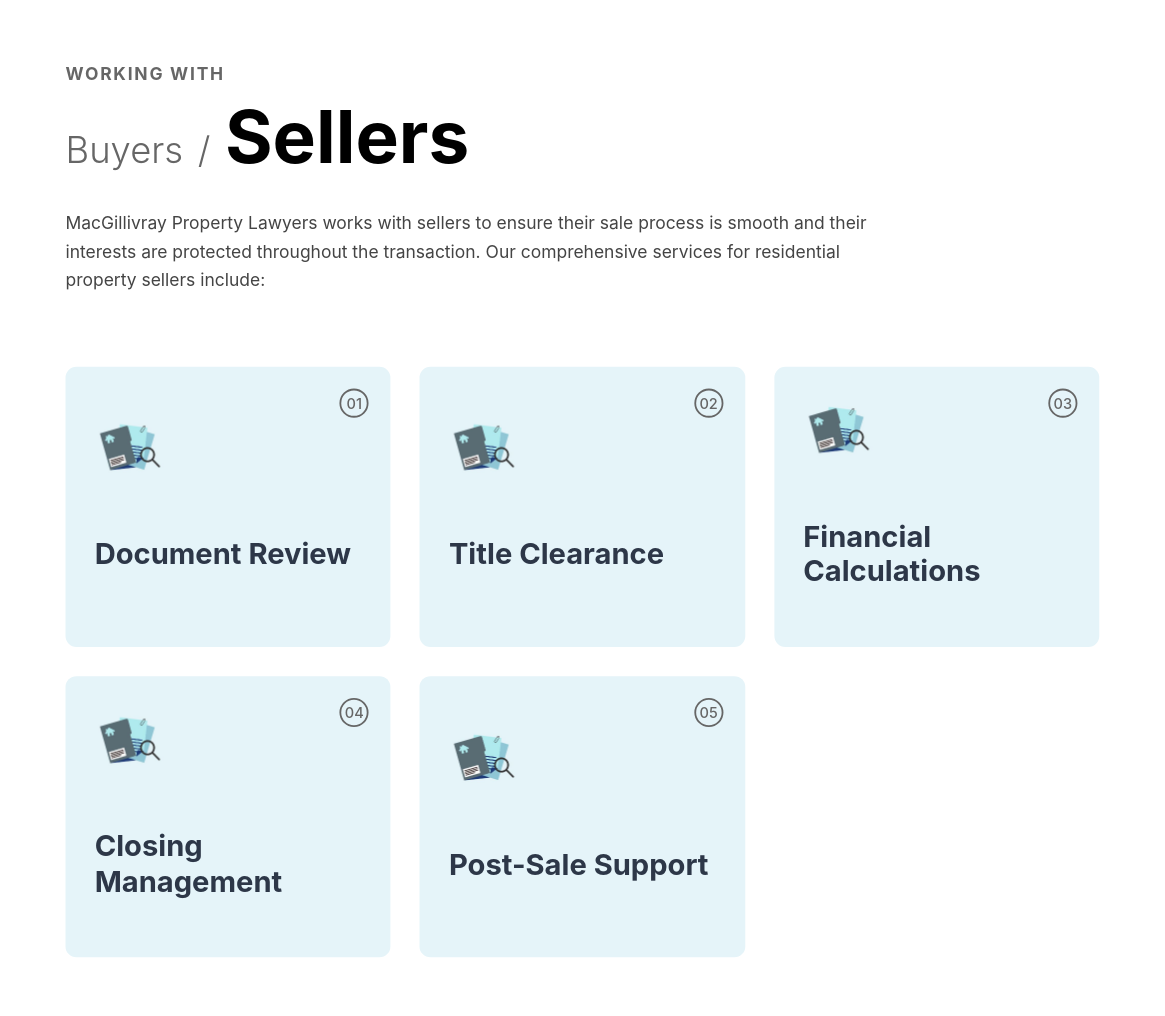
Repository: mibma/alphavent
Page: /sellers
An editor plug-in stored every save of this project. The page is shown before and after the next save, followed by the edit.
The browser window is 1280 px wide. The pictures show the whole page, at 91% of full size.
The project was rebuilt for these pictures with package versions that can differ from the ones it lists, and the page was loaded fresh each time. The framework's server and built-in components were replaced by stand-ins that run in the browser.

Above is the page before, as saved 2025-04-22 23:26:28.

After the next save:
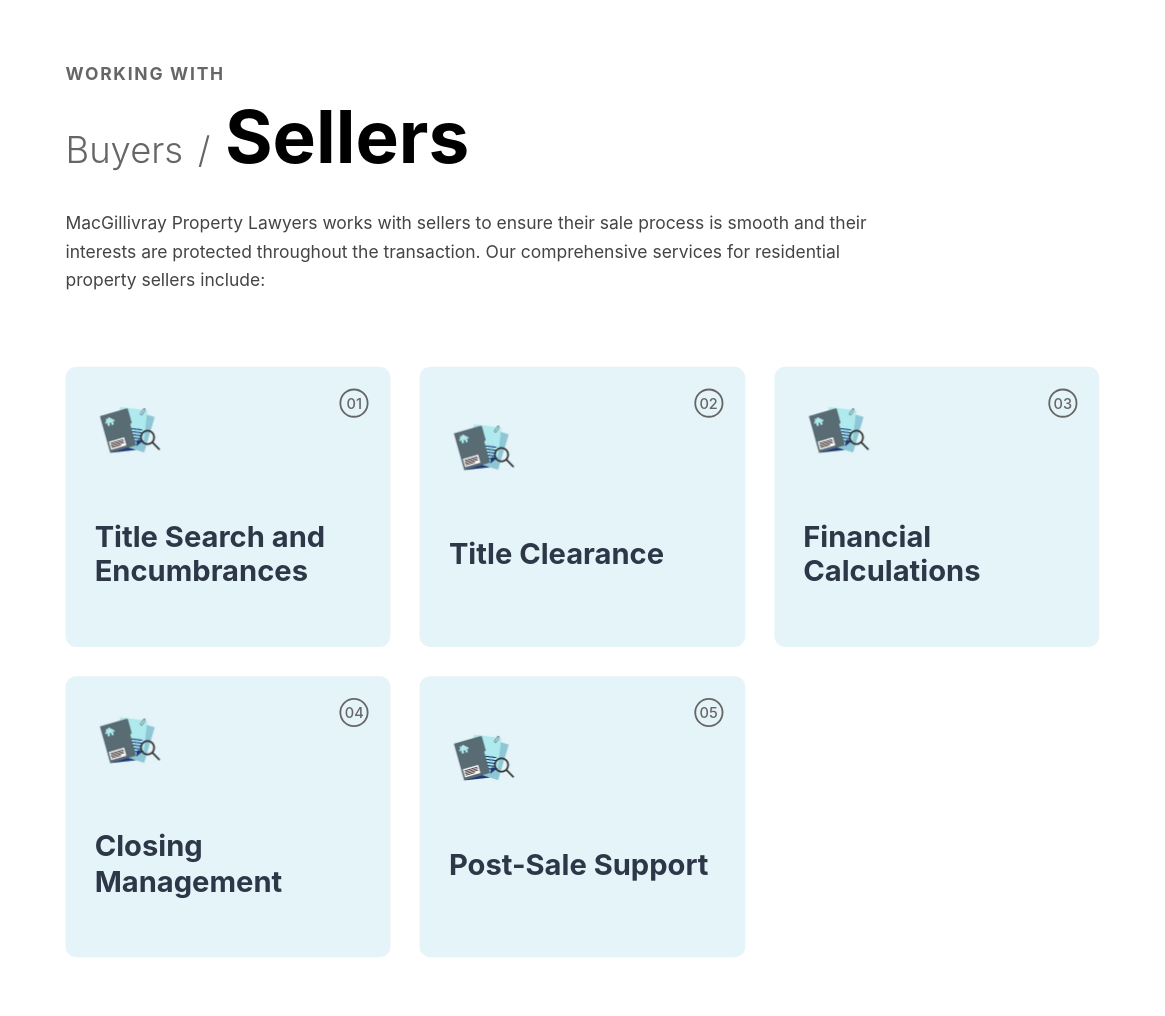
Saved 41 s later.
--- a/pages/sellers.js
+++ b/pages/sellers.js
@@ -6,7 +6,7 @@ import Image from 'next/image';
 const sellerServices = [
   {
     id: '01',
-    title: 'Document Review',
+    title: 'Title Search and Encumbrances',
     icon: '/Capture.JPG'
   },
   {
